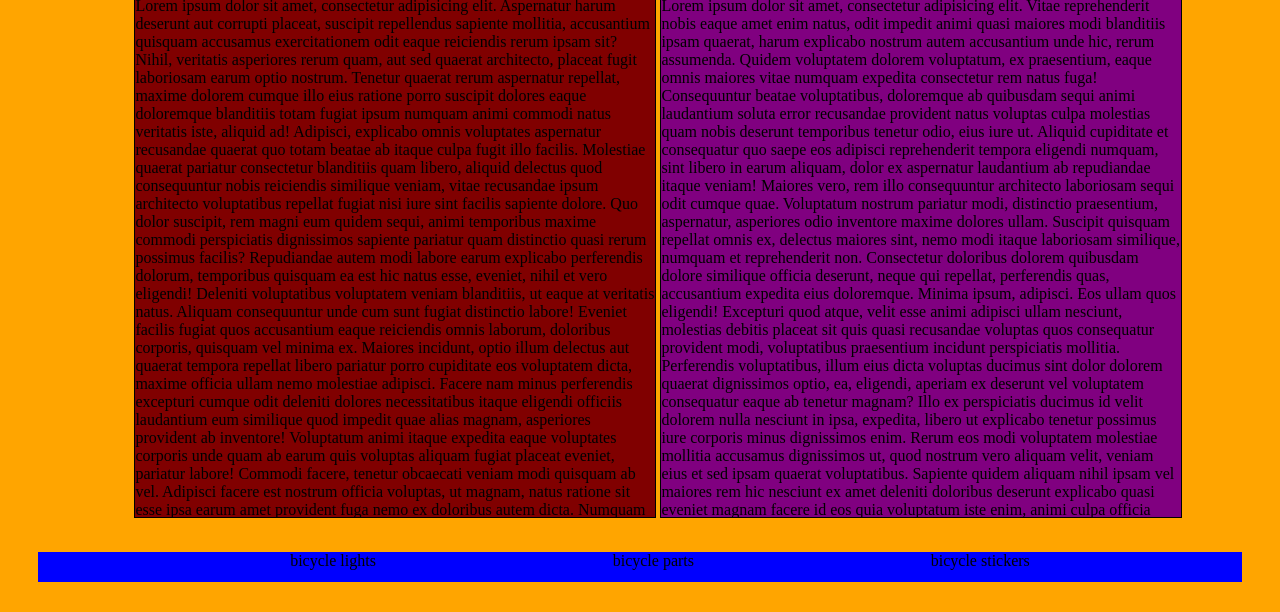
Repository: Danieldev28/Responsive-Web
Page: index.html
The author's editor kept a record of every edit. The page is drawn from the files as they stood at one moment, then again after the next edit.
The browser window is 1280 px wide. The pictures show the part of the page from y = 502 to 1114 px (the page is 1114 px tall).
A picture or video elsewhere on the page could not be fetched, so the positions and the page height are approximate. An inner scrolling area shows only its first screen.

Above is the page before.

### index.html
<!DOCTYPE html>
<html lang="en">
<head>
    <meta charset="UTF-8">
    <meta name="viewport" content="width=device-width, initial-scale=1.0">
    <meta http-equiv="X-UA-Compatible" content="ie=edge">
    <title>Document</title>
    <link rel="stylesheet"href="style.css"type="text/css">
</head>
<body>
    <nav>
   <ul>
       <li>Red bicycle</li>
       <li>Blue bicycle</li>
       <li>Green bicycle</li>
   </ul>
    </nav>
    <!--Introduction-->
    <header>
        <div class="content-wrap">
         <p>This is some text that will go inside. I hope that you have heard of
         <a href="https://www.blogto.com/sports_play/2015/04/the_top_25_bike_stores_in_toronto_by_neighbourhood/"target="_blank">List of bikes shops in Toronto</a></p>
         <img src="http://ridenicebike.com/site/wp-content/uploads/2017/09/DSC_1904-555x370.jpg" alt="This page is about bicycles" class="col-narrow">
             <div class="col-wide">
        <h1> This is the title of my page</h1>
        <h2> this is some more descripton</h2>
        <p>fasdfdsagfahfhgdshdfhfdhfdshafgagfasg paragraph.</p>
        </div>
    </div>
    </header>
    <!--main content-->
    <section class="category">
        <div class="content-wrap">
        <div id="borderbox1">Lorem ipsum dolor sit amet, consectetur adipisicing elit. Aspernatur harum deserunt aut corrupti placeat, suscipit repellendus sapiente mollitia, accusantium quisquam accusamus exercitationem odit eaque reiciendis rerum ipsam sit? Nihil, veritatis asperiores rerum quam, aut sed quaerat architecto, placeat fugit laboriosam earum optio nostrum. Tenetur quaerat rerum aspernatur repellat, maxime dolorem cumque illo eius ratione porro suscipit dolores eaque doloremque blanditiis totam fugiat ipsum numquam animi commodi natus veritatis iste, aliquid ad! Adipisci, explicabo omnis voluptates aspernatur recusandae quaerat quo totam beatae ab itaque culpa fugit illo facilis. Molestiae quaerat pariatur consectetur blanditiis quam libero, aliquid delectus quod consequuntur nobis reiciendis similique veniam, vitae recusandae ipsum architecto voluptatibus repellat fugiat nisi iure sint facilis sapiente dolore. Quo dolor suscipit, rem magni eum quidem sequi, animi temporibus maxime commodi perspiciatis dignissimos sapiente pariatur quam distinctio quasi rerum possimus facilis? Repudiandae autem modi labore earum explicabo perferendis dolorum, temporibus quisquam ea est hic natus esse, eveniet, nihil et vero eligendi! Deleniti voluptatibus voluptatem veniam blanditiis, ut eaque at veritatis natus. Aliquam consequuntur unde cum sunt fugiat distinctio labore! Eveniet facilis fugiat quos accusantium eaque reiciendis omnis laborum, doloribus corporis, quisquam vel minima ex. Maiores incidunt, optio illum delectus aut quaerat tempora repellat libero pariatur porro cupiditate eos voluptatem dicta, maxime officia ullam nemo molestiae adipisci. Facere nam minus perferendis excepturi cumque odit deleniti dolores necessitatibus itaque eligendi officiis laudantium eum similique quod impedit quae alias magnam, asperiores provident ab inventore! Voluptatum animi itaque expedita eaque voluptates corporis unde quam ab earum quis voluptas aliquam fugiat placeat eveniet, pariatur labore! Commodi facere, tenetur obcaecati veniam modi quisquam ab vel. Adipisci facere est nostrum officia voluptas, ut magnam, natus ratione sit esse ipsa earum amet provident fuga nemo ex doloribus autem dicta. Numquam eos quam, perferendis facilis voluptatem laboriosam veniam aut dicta sapiente, repellat id. Nulla, libero recusandae est exercitationem quasi nam qui, delectus hic ducimus eius perferendis earum aliquid distinctio beatae ipsa odio. Sint earum aspernatur, amet atque in assumenda! Dolorum iste, pariatur quo omnis. Quidem eveniet voluptatum enim dicta voluptatibus delectus numquam, fuga ipsa eos, dolorem mollitia quos iure nihil, maxime quas accusamus similique! Reprehenderit quod doloribus excepturi ex error tempora sed dolorem nulla vitae! Architecto quis, officiis debitis. Voluptatum fugiat fuga, temporibus repudiandae vero minus excepturi optio incidunt, culpa hic harum, ratione ipsam in rerum delectus quos soluta maxime commodi laborum non illum neque aliquid nihil deleniti. Ut ea, porro eum corporis odit maxime provident nulla asperiores deserunt autem sunt, sequi, praesentium neque architecto officia explicabo, sed? Sint tempore tempora quos rem saepe! Quo quod tenetur asperiores, et, cumque vel rem natus reiciendis, sunt voluptatem numquam error quos dolor reprehenderit nisi nesciunt iure, pariatur. Culpa id facere sit ab quibusdam repellat ducimus reiciendis, ad atque cum dolorem sed enim accusantium nobis qui ea, ut facilis quidem voluptatibus minima eos beatae nemo blanditiis aliquam! Doloribus quo accusantium omnis necessitatibus rerum sunt, rem id consequuntur quidem facere facilis quis dolores, asperiores ab modi, velit commodi eaque sint et? Amet possimus iste quam recusandae rem.</div>
        <div id="borderbox2">Lorem ipsum dolor sit amet, consectetur adipisicing elit. Vitae reprehenderit nobis eaque amet enim natus, odit impedit animi quasi maiores modi blanditiis ipsam quaerat, harum explicabo nostrum autem accusantium unde hic, rerum assumenda. Quidem voluptatem dolorem voluptatum, ex praesentium, eaque omnis maiores vitae numquam expedita consectetur rem natus fuga! Consequuntur beatae voluptatibus, doloremque ab quibusdam sequi animi laudantium soluta error recusandae provident natus voluptas culpa molestias quam nobis deserunt temporibus tenetur odio, eius iure ut. Aliquid cupiditate et consequatur quo saepe eos adipisci reprehenderit tempora eligendi numquam, sint libero in earum aliquam, dolor ex aspernatur laudantium ab repudiandae itaque veniam! Maiores vero, rem illo consequuntur architecto laboriosam sequi odit cumque quae. Voluptatum nostrum pariatur modi, distinctio praesentium, aspernatur, asperiores odio inventore maxime dolores ullam. Suscipit quisquam repellat omnis ex, delectus maiores sint, nemo modi itaque laboriosam similique, numquam et reprehenderit non. Consectetur doloribus dolorem quibusdam dolore similique officia deserunt, neque qui repellat, perferendis quas, accusantium expedita eius doloremque. Minima ipsum, adipisci. Eos ullam quos eligendi! Excepturi quod atque, velit esse animi adipisci ullam nesciunt, molestias debitis placeat sit quis quasi recusandae voluptas quos consequatur provident modi, voluptatibus praesentium incidunt perspiciatis mollitia. Perferendis voluptatibus, illum eius dicta voluptas ducimus sint dolor dolorem quaerat dignissimos optio, ea, eligendi, aperiam ex deserunt vel voluptatem consequatur eaque ab tenetur magnam? Illo ex perspiciatis ducimus id velit dolorem nulla nesciunt in ipsa, expedita, libero ut explicabo tenetur possimus iure corporis minus dignissimos enim. Rerum eos modi voluptatem molestiae mollitia accusamus dignissimos ut, quod nostrum vero aliquam velit, veniam eius et sed ipsam quaerat voluptatibus. Sapiente quidem aliquam nihil ipsam vel maiores rem hic nesciunt ex amet deleniti doloribus deserunt explicabo quasi eveniet magnam facere id eos quia voluptatum iste enim, animi culpa officia ipsa! Praesentium id fugit perspiciatis provident quam neque architecto officiis consequatur ipsum doloremque ipsa quibusdam aliquam adipisci, consequuntur excepturi quia sed nesciunt incidunt deserunt ipsam, vitae laboriosam non deleniti quis saepe! Eius libero expedita ea vel consectetur corrupti illo iure assumenda. Delectus architecto totam ipsa aliquid ex facere corrupti itaque perferendis aperiam obcaecati expedita repellat, adipisci amet temporibus odio quo alias. Vitae aperiam neque, ad animi at amet repellendus nam pariatur minus placeat sapiente modi id quidem quam voluptatum sed tempora ea omnis quis reiciendis perspiciatis! Voluptatum in, exercitationem qui eligendi ullam mollitia omnis magni perspiciatis praesentium voluptates hic voluptate cupiditate possimus incidunt aliquid unde recusandae, ut, sunt a facilis. Eligendi earum doloremque autem aperiam dolorem quo, similique quis quia, quos tempora officia. Dolorum iste cumque asperiores, repellat fugit ad ducimus, corporis quod, eos dicta laborum aperiam. Repudiandae eaque, voluptatem consectetur dolorem voluptas magni animi nihil asperiores, totam quam! Veniam eligendi reiciendis, repellat blanditiis rem error natus similique illum. Voluptate architecto doloremque delectus dignissimos iste reiciendis aut vel perferendis est. Voluptatum nemo, aliquid quidem commodi libero corporis distinctio sunt, officia, similique natus rem error est itaque nam fugit placeat voluptas laborum. Modi quidem dolor laborum voluptatem cum? Odit a sint dolores dolor, quaerat animi consequatur mollitia, impedit, expedita nisi, eveniet cumque nihil.</div>
    </section>

    <!--end of my page-->
    <footer>
     <div class="footer">
     <nav>
   <ul>
       <li>bicycle lights</li>
       <li>bicycle parts</li>
       <li>bicycle stickers</li>
   </ul>
    </nav>
    </div>
    </footer>

























   <!--
    <p>This is some text that will go inside. I hope that you have heard of
       <a href="https://www.blogto.com/sports_play/2015/04/the_top_25_bike_stores_in_toronto_by_neighbourhood/"target="_blank">List of bikes shops in Toronto</a></p>

            <h2>bicycle one</h2>
            <aricle>
                <p>dsflds;hafldsklfdhfds</p>
            <div class="card">
            <a href="http://ridenicebike.com/site/">
            <img src="http://ridenicebike.com/site/wp-content/uploads/2017/09/DSC_1904-555x370.jpg"></a>
            <h2>My 1st Nice Bike</h2>
            </div>
            </article>
           <h2>bicycle two</h2>
            <div class="card">
            <a href="http://ridenicebike.com/site/">
            <img src="http://blog.fairwheelbikes.com/wp-content/uploads/2017/10/Parlee_Altum_1_SM.jpg"></a>
            <h2>My second Bicycle/h2>
-->
</body>
</html>

### style.css
nav ul {
 list-style:none;
 background-color:red;
 text-align:center;
 width 30px;
 height:30px;
}
nav li {
 display:inline-block;
 margin-left: 10%;
 margin-right:10%;


}

.col-narrow {
 width:25%;
 height:25%;

}
h1 {
 text-align: center;
 text-decoration:underline;
 letter-spacing:5px;
 text-transform: Capitalize;
 font-style:italic;
 text-shadow: 5px 10px 0px #777;
}
footer nav ul{
 background-color:blue;
 margin:30px;

}
body {
 background-color: orange;

}
#borderbox1 {
 width: 520px;
 height: 520px;
 border:1px solid black;
 display:inline-block;
 margin-left:10%;
 background-color:yellow;
 overflow:scroll;

}

#borderbox2 {
 width: 520px;
 height: 520px;
 border:1px solid black;
 display:inline-block;
 margin-right:2.5%;
 background-color: purple;
 overflow:scroll;

}
@media(min-width:700px){
 #borderbox1 {
  background-color: maroon;

}
#borderbox2{
 background color: black;
}
}

After the next edit:
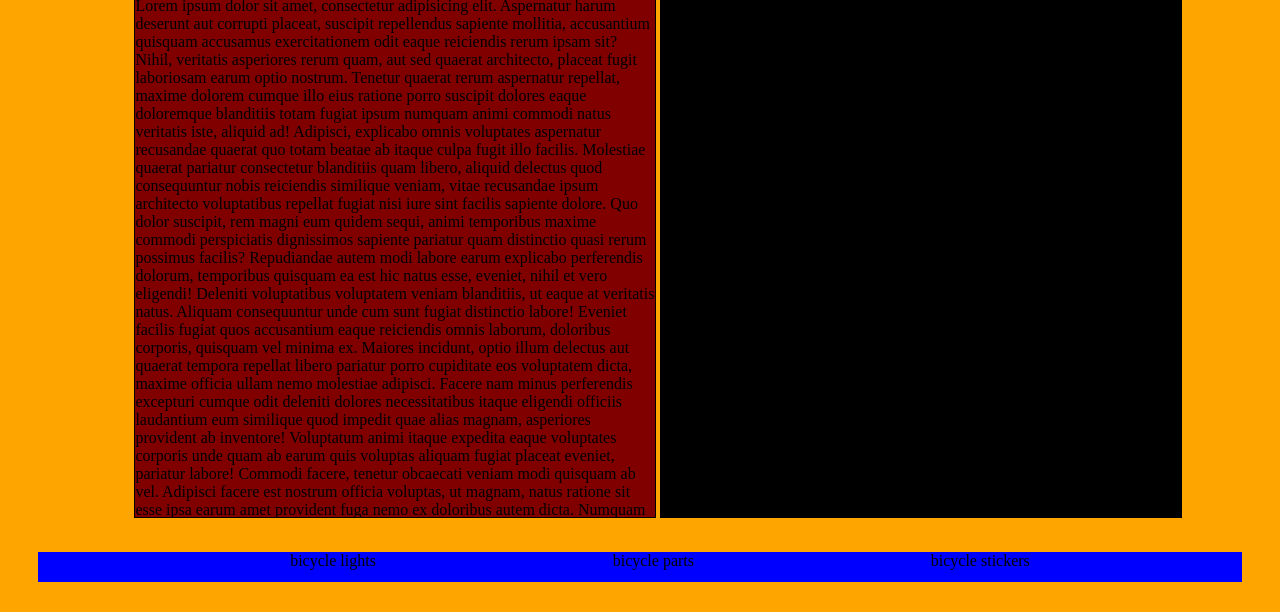
The edit:
--- a/style.css
+++ b/style.css
@@ -62,6 +62,6 @@
 
 }
 #borderbox2{
- background color: black;
+ background-color: black;
 }
 }
